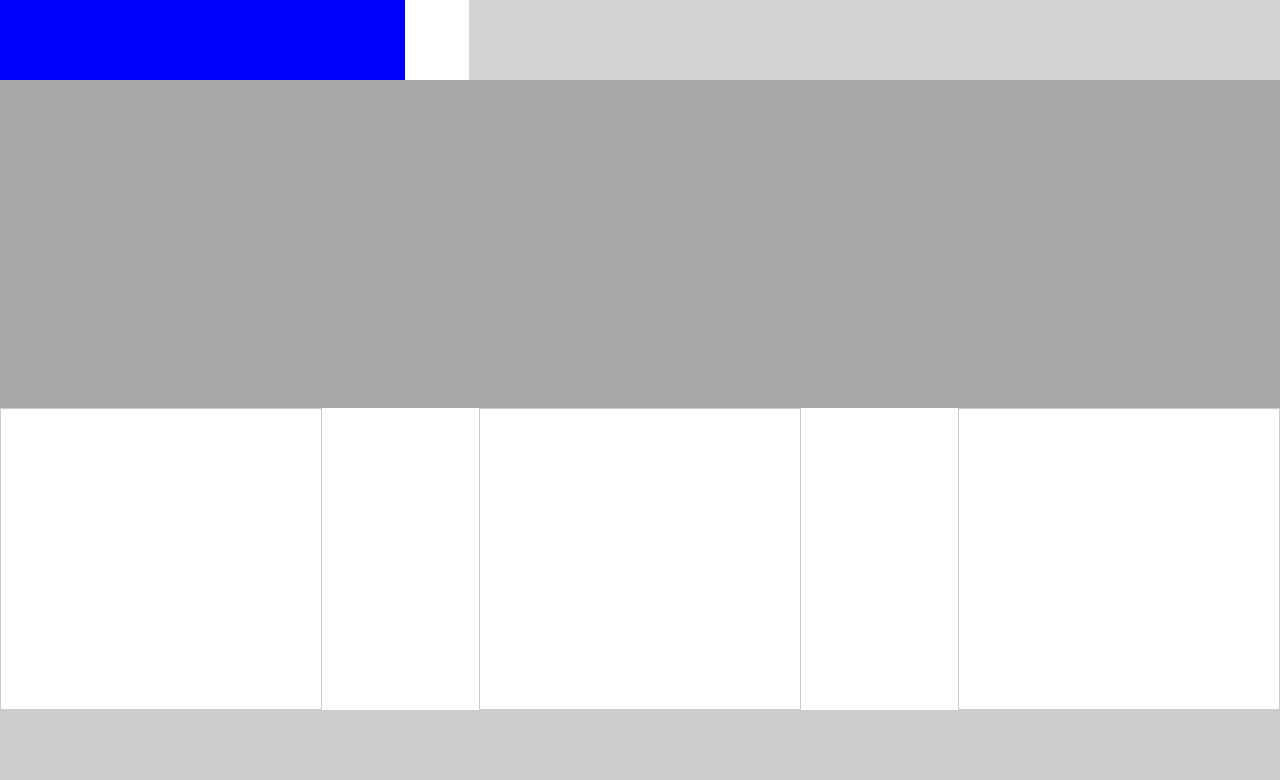
Repository: punitbathija/Placement-Assitance-iNeuron
Page: responsive-web-design.html
These files come from the project's save history. The page is drawn as it stood at one moment and after the next save; the edit follows.
The browser window is 1280 px wide. The pictures show the whole page.

Above is the page before, as saved 2023-05-23 15:24:02.

After the next save:
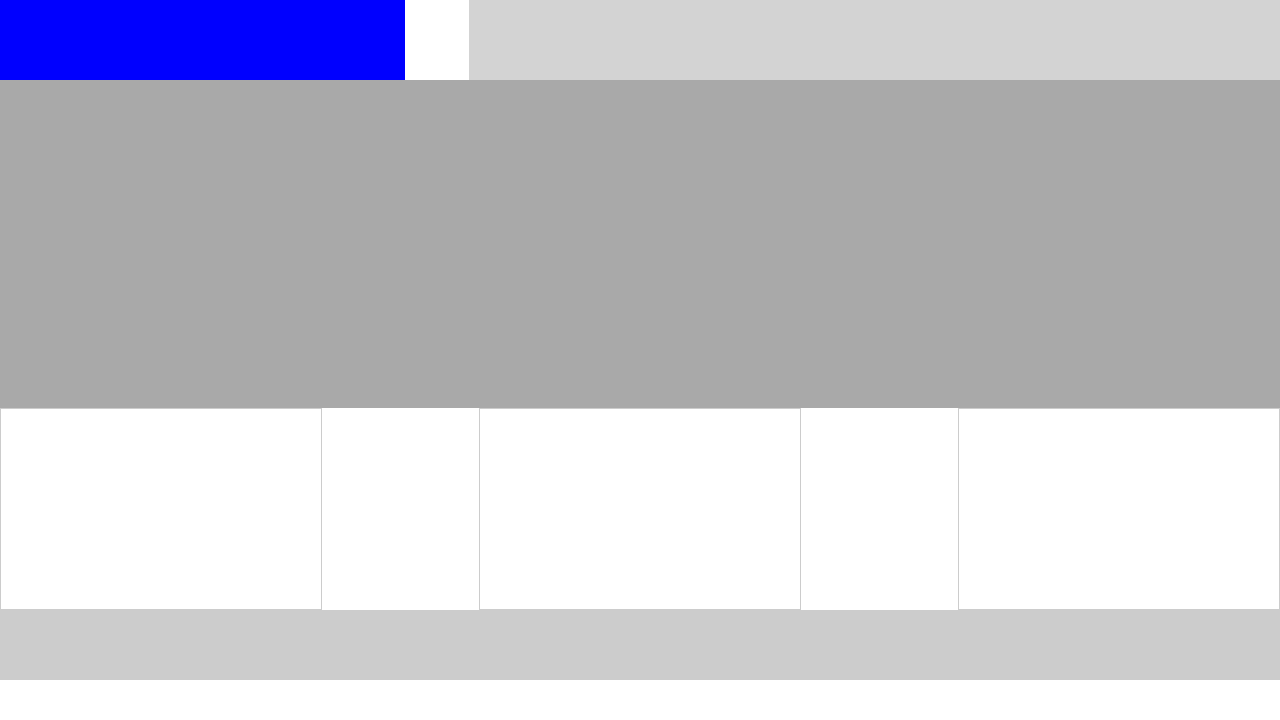
Saved 11 s later.
--- a/responsive-web-design.html
+++ b/responsive-web-design.html
@@ -62,7 +62,7 @@
       }
 
       .slider-item {
-        height: 300px;
+        height: 200px;
         max-width: 100%;
       }
     </style>
